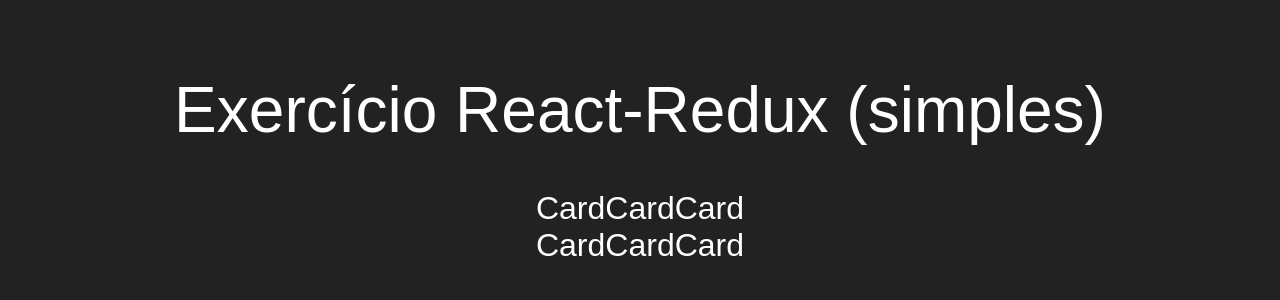
Repository: Henrique-Franca/Clear-Redux-Simples
Page: /
These files come from the project's save history. The page is drawn as it stood at one moment and after the next save; the edit follows.
The browser window is 1280 px wide. The pictures show the whole page.
The project was rebuilt for these pictures with package versions that can differ from the ones it lists, and the page was loaded fresh each time. Also part of the build but not shown: src/components/Card.css.

Above is the page before, as saved 2022-11-21 11:36:47.

After the next save:
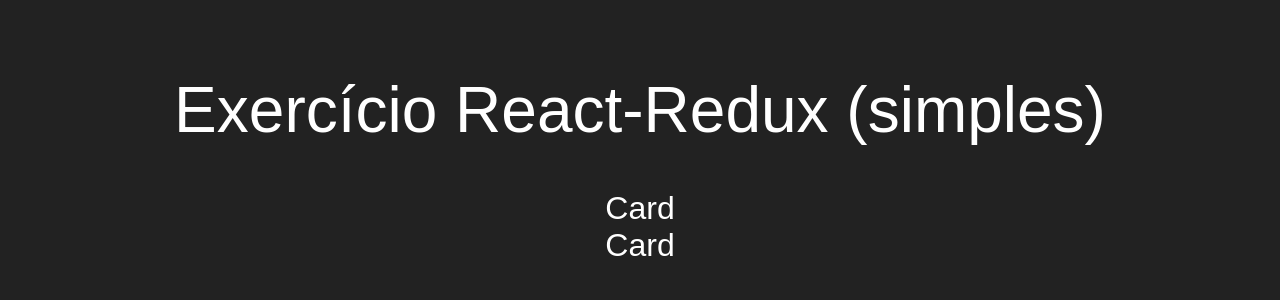
Saved 2 min 9 s later.
--- a/src/App.js
+++ b/src/App.js
@@ -9,12 +9,8 @@ function App() {
 
       <div className='linha'>
         <Card></Card>
-        <Card></Card>
-        <Card></Card>
       </div>
       <div className='linha'>
-        <Card></Card>
-        <Card></Card>
         <Card></Card>
       </div>
 
